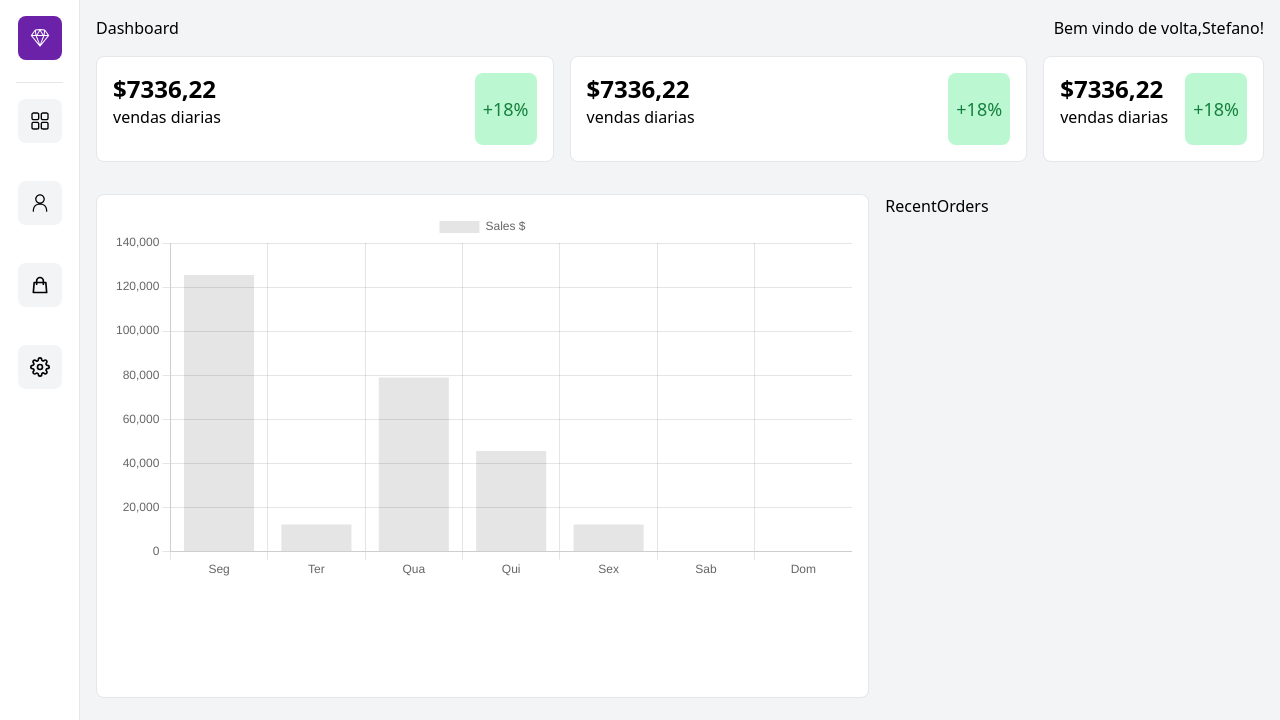
Repository: stefanosousaa/dashboard-next13
Page: /
The author's editor kept a copy of each file at every save. The page is drawn from the files as they stood at one save, then again after the next save.
The browser window is 1280 px wide. The pictures show the whole page.
The project was rebuilt for these pictures with package versions that can differ from the ones it lists, and the page was loaded fresh each time. The framework's server and built-in components were replaced by stand-ins that run in the browser. Also part of the build but not shown: next.config.js.

Above is the page before, as saved 2023-05-13 16:44:44.

After the next save:
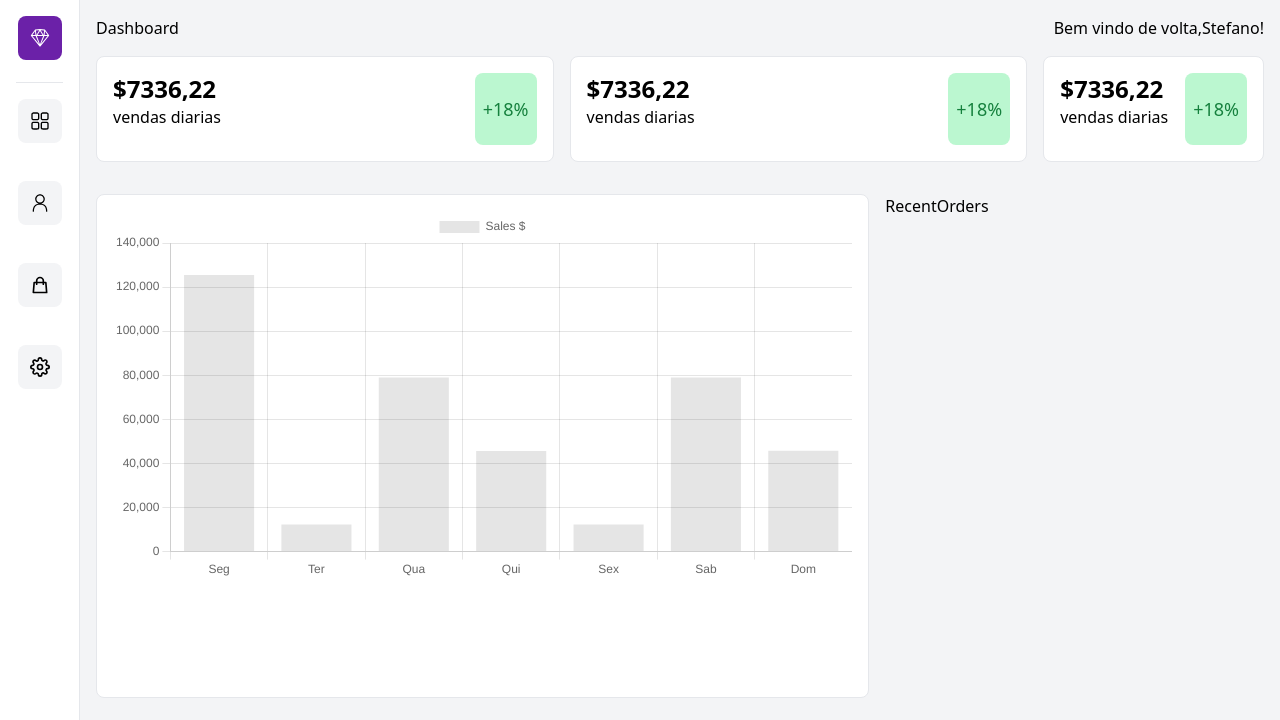
Saved 33 s later.
--- a/components/BarChart.jsx
+++ b/components/BarChart.jsx
@@ -34,7 +34,7 @@ const BarChart = () => {
         datasets: [
             {
                 label : 'Sales $',
-                data: [125478,12345,78945,45678,12345],
+                data: [125478,12345,78945,45678,12345,78954,45789],
                 borderColor: 'rgb(53,162,235)',
                 backGroundColor: 'rgb(53,162,235, 0.4)',
             }
